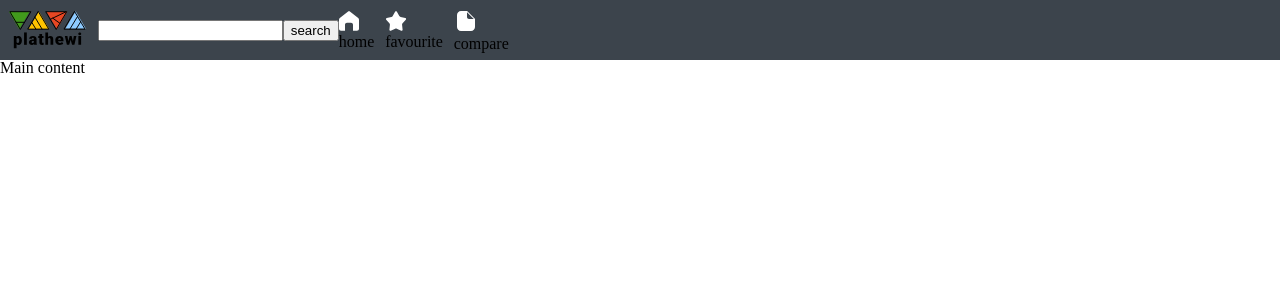
Repository: kryban93/Superhero-App
Page: /
The author's editor kept a copy of each file at every save. The page is drawn from the files as they stood at one save, then again after the next save.
The browser window is 1280 px wide. The pictures show the whole page.
The page's requests for data from a server got no answer. The project was rebuilt for these pictures with package versions that can differ from the ones it lists, and the page was loaded fresh each time. No one was signed in, and anything a server would have sent is missing. Also part of the build but not shown: src/Components/HeroCard/HeroCard.scss, src/Components/HeroCard/HeroCard.js, src/Components/RandomDeck/RandomDeck.scss.

Above is the page before, as saved 2020-08-26 18:19:18.

After the next save:
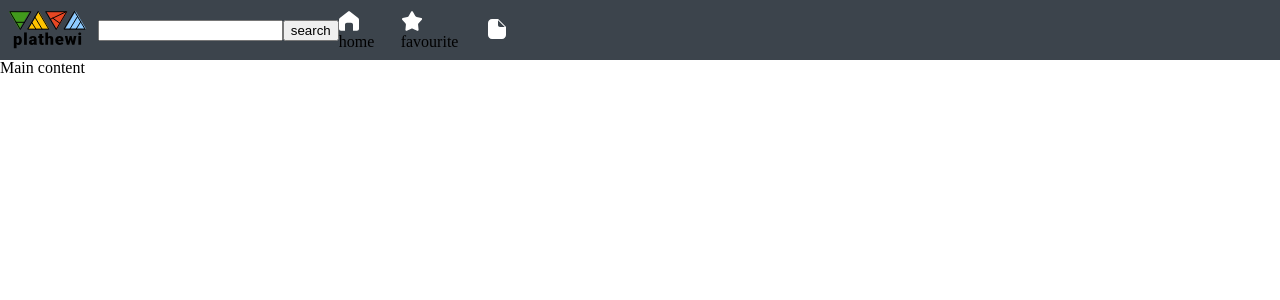
Saved 77 s later.
--- a/src/Components/Nav/Nav.js
+++ b/src/Components/Nav/Nav.js
@@ -30,7 +30,6 @@
         </div>
         <div className='nav__menu__item'>
           <img src={icons.file_white} alt='icon' />
-          <p>compare</p>
         </div>
       </div>
     </nav>
